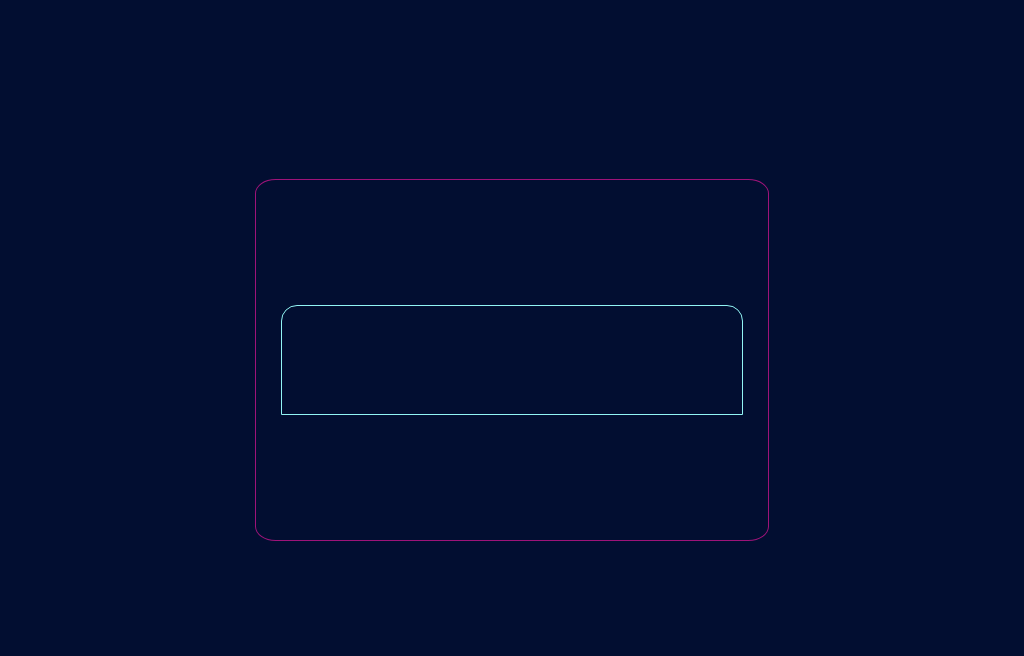
Repository: 2001mariana/Calculator_react
Page: /
An editor plug-in stored every save of this project. The page is shown before and after the next save, followed by the edit.
The browser window is 1024 px wide. The pictures show the whole page.
The project was rebuilt for these pictures with package versions that can differ from the ones it lists, and the page was loaded fresh each time.

Above is the page before, as saved 2023-02-06 17:32:34.

After the next save:
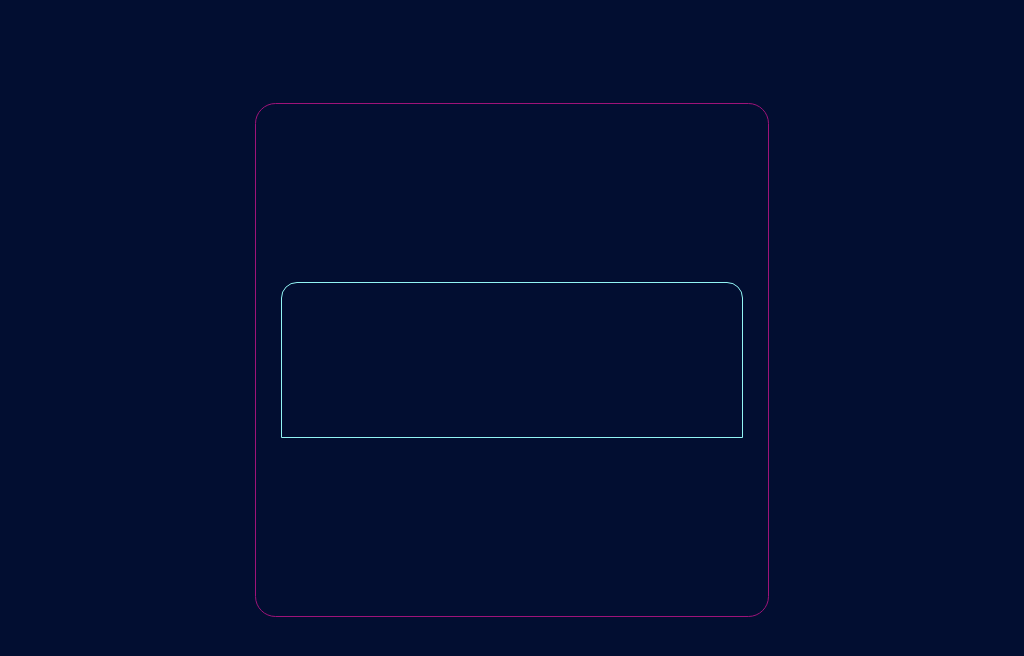
Saved 14 s later.
--- a/src/App.css
+++ b/src/App.css
@@ -26,7 +26,7 @@
 
 @media (max-width: 1200px) {
   .Calculator__body {
-    width: 50vw;
+    height: 50vw;
   }
 }
 
